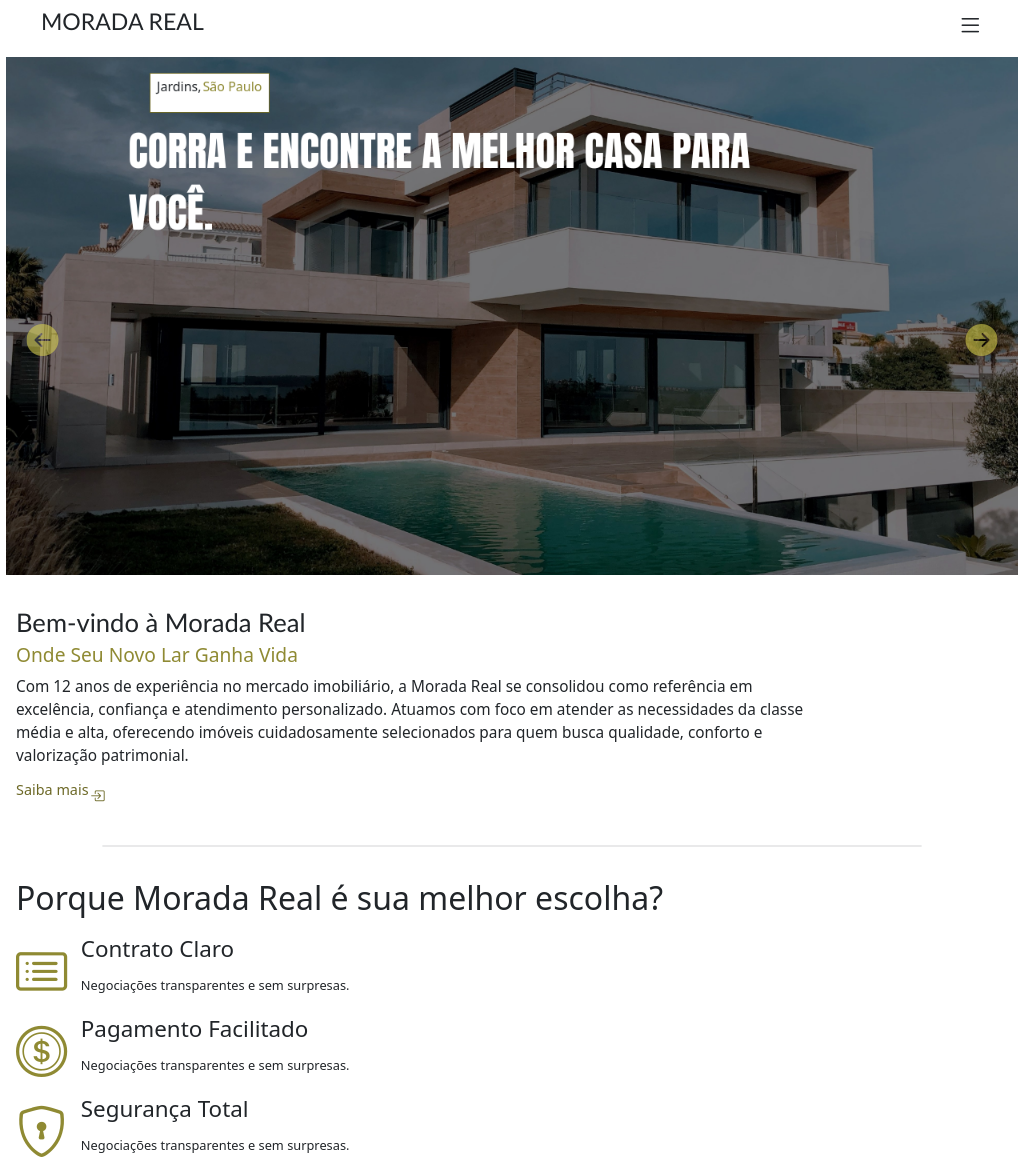
Repository: Mattyns/moradareal
Page: index.html
An editor plug-in stored every save of this project. The page is shown before and after the next save, followed by the edit.
The browser window is 1280 px wide. The pictures show the whole page, at 80% of full size.

Above is the page before, as saved 2025-07-13 17:53:51.

### index.html
<!DOCTYPE html>
<html lang="pt-br">
    <head>
        <meta charset="UTF-8" />
        <meta name="viewport" content="width=device-width, initial-scale=1.0" />
        <title>Morada Real</title>
        <link
            rel="stylesheet"
            href="https://cdnjs.cloudflare.com/ajax/libs/animate.css/4.1.1/animate.min.css"
        />
        <link
            href="https://cdn.jsdelivr.net/npm/bootstrap@5/dist/css/bootstrap.min.css"
            rel="stylesheet"
            integrity="sha384-QWTKZyjpPEjISv5WaRU9OFeRpok6YctnYmDr5pNlyT2bRjXh0JMhjY6hW+ALEwIH"
            crossorigin="anonymous"
        />
        <link
            rel="stylesheet"
            href="https://cdn.jsdelivr.net/npm/bootstrap-icons@1.11.3/font/bootstrap-icons.min.css"
        />
        <link rel="stylesheet" href="style/style.css" />
    </head>
    <body>
        <header class="header__container">

            <h1 class="logo__text">MORADA REAL</h1> <i class="bi-list menu__list"></i>
        </header>

        <main>
            <section class="contrast">

                <div class="contrast__container">
                    <div class="local local__sp">
                        <div class="local__text">
                            <p>Jardins,</p> <p class="local__text--contrast"> São Paulo</p>
                        </div>
                        <p class="text__message">CORRA E ENCONTRE A MELHOR CASA PARA VOCÊ.</p>
                    </div>
                    <div class="local local__rs">
                        <div class="local__text">
                            <p>Bela Vista,</p> <p class="local__text--contrast"> Rio Grande do Sul</p>
                        </div>
                        <p class="text__message">O LAR DOS SEUS SONHOS PODE ESTAR A UM CLIQUE DE DISTÂNCIA.</p>
                    </div>
                    <div class="local local__rj">
                        <div class="local__text">
                            <p>Leblon,</p> <p class="local__text--contrast"> Rio de Janeiro</p>
                        </div>
                        <p class="text__message">NÃO PERCA TEMPO! SUA NOVA HISTÓRIA COMEÇA AQUI.</p>
                    </div>

                </div>

                <i class="bi-arrow-left-circle-fill img__button" id="img__button--left"></i>
                <i class="bi-arrow-right-circle-fill img__button" id="img__button--right"></i>

            </section>
            <section class="present">
                <h1 class="present__title">Bem-vindo à Morada Real</h1>
                <h2 class="present__subtitle">Onde Seu Novo Lar Ganha Vida</h2>
                <p class="present__text">Com 12 anos de experiência no mercado imobiliário, a Morada Real se consolidou como referência em excelência, confiança e atendimento personalizado. Atuamos com foco em atender as necessidades da classe média e alta, oferecendo imóveis cuidadosamente selecionados para quem busca qualidade, conforto e valorização patrimonial.</p>
                <a href="#" class="button__link present__more"><p>Saiba mais</p> <i class="bi-box-arrow-in-right"></i></a>

            </section>

            <hr class="line--gray">

            <section class="services">
                <h1 class="services__title">
                    <h1>Porque Morada Real é sua melhor escolha?</h1>
                    <div class="service__container">
                        <div class="service__card service__contract">
                            <i class="service__icon bi-card-list"></i>
                            <h3 class="service__title">Contrato Claro</h3>
                            <p class="service__text">Negociações transparentes e sem surpresas.</p>
                        </div>

                        <div class="service__card service__Payment">
                            <i class="service__icon bi-coin"></i>
                            <h3 class="service__title">Pagamento Facilitado</h3>
                            <p class="service__text">Negociações transparentes e sem surpresas.</p>
                        </div>

                        <div class="service__card service__security">
                            <i class="service__icon bi-shield-lock"></i>
                            <h3 class="service__title">Segurança Total</h3>
                            <p class="service__text">Negociações transparentes e sem surpresas.</p>
                        </div>



                    </div>
                </h1>
            </section>


        </main>

        <script src="script/carousel.js"></script>
    </body>
</html>

### style/style.css
@charset "UTF-8";

:root {
    --preto:black;
    --branco:white;
    --cor1:#D3CC4C;
    --cor2:#B1AB40;
    --cor3:#DCD650;
    --cor4:#8F8A33;
    --cor5:#6D6927;
    --cor6:#4B481B;
    --cor7:#f0eca5;
    --cor8:white;

}

* {
    margin: 0px;
    padding: 0px;
    box-sizing: border-box;
}

.header__container {
    display: flex;
    height: 20%;
    width: 100%;
    background-color: var(--branco);
    align-items: center;
    padding-top: 10px;
    padding-bottom: 10px;
}

.logo__text {
    margin-left: 4%;
    font-size: 180%;
    font-family: 'Trebuchet MS', 'Lucida Sans Unicode', 'Lucida Grande', 'Lucida Sans', Arial, sans-serif;
}

.menu__list {
    font-size: 2em;
    position: absolute;
    right: 4%;
}

.contrast {
    height: 90vh;
    margin: 8px;

    overflow: hidden;
    max-width: 100%;
    position: relative;


}

.contrast__container {

    display: flex;
  transition: transform 0.3s ease;
  will-change: transform;
  touch-action: pan-y;
}

.local {
    height: 90vh;
    background-size: cover;
    background-position: right;
     flex: 0 0 100%;
    box-sizing: border-box;
    padding: 20px; /* opcional */
}

.local__sp {
    background-image: url(../img/webaliser.jpg);

}

.local__rs {
    background-image: url(../img/brian.jpg);

}

.local__rj {
    background-image: url(../img/zoe.jpg);

}

.local__text {
    display: flex;
    background-color: var(--branco);
    width: fit-content;
    padding: 4px 0px;
    padding-left: 8px;
    padding-right: 8px;
    top: 20%;
    margin-left:13%;
    border: 1px solid var(--cor5);

}

.local__text--contrast {
    color: var(--cor4);
    margin-left: 2px;
}

.text__message {
    top: 26%;
    width: 68%;
    margin-left: 10%;
    font-size:320%;
    font-family:Impact, Haettenschweiler, 'Arial Narrow Bold', sans-serif;
    color:var(--cor8) ;
    padding: 10px;
    border-radius: 10px;
}

.img__button {
    font-size: 2.5em;
    position:absolute;
    color: #dcd55090;
    transition: color 0.8s ease;

}

.img__button:hover {
    color: #DCD650;
    transition: color 0.8s ease;
}

.img__button.disabled {
  color: #ccc;  /* cinza claro */
  cursor: not-allowed;
  opacity: 0.6;
}

#img__button--left {
    left: 2%;
    top: 50%;
}

#img__button--right {
    right: 2%;
    top: 50%;
}


.present {
    margin: 0px 20px;
    margin-top: 40px;
}

.present__title {
    text-align: left;
    font-family: 'Trebuchet MS', 'Lucida Sans Unicode', 'Lucida Grande', 'Lucida Sans', Arial, sans-serif;
    font-size: 2em;

}

.present__subtitle {
    font-size: 1.5em;
    color: var(--cor4);

}

.present__text {
    width: 80%;
    font-size: 1.2em;
    margin-top: 10px;
    margin-bottom: 15px;
}

.button__link {
    text-decoration: none;
    color: white;
    font-size: 18px;

}

.present__more {
    color: var(--cor5);
    display: flex;
    align-items: center;

}

.present__more > p {
    margin-right: 2px;
}

.line--gray {
    width: 80%;
    margin: auto;
    margin-top: 40px;
}

.services {
    margin: 20px;
    margin-top: 40px;
}

.service__container {
    margin-top: 20px;

}

.service__card {
  display: grid;
  grid-template-columns: auto 1fr; /* coluna 1 para o ícone, coluna 2 para o conteúdo */
  grid-template-rows: auto auto;   /* duas linhas */
  gap: 2px; /* opcional: espaço entre elementos */
  align-items: center;


  height: 80px;
  margin: 20px auto;
}

.service__icon {
    grid-row: 1 / 3;   /* ocupa da linha 1 até antes da 3 (ou seja, 2 linhas) */
    grid-column: 1;    /* fica na coluna 1 */

    font-size: 4em;
    margin-right: 15px;
    color: var(--cor4);
}

.service__title {
  grid-row: 1;       /* linha 1 */
  grid-column: 2;    /* coluna 2 */
}

.service__text {
  grid-row: 2;       /* linha 2 */
  grid-column: 2;    /* coluna 2 */
  width: 80%;
}

### script/carousel.js
const container = document.querySelector('.contrast__container');
const slides = document.querySelectorAll('.local');

let isDragging = false;
let startPos = 0;
let currentTranslate = 0;
let prevTranslate = 0;
let animationID;
let currentIndex = 0;

slides.forEach((slide, index) => {
  slide.addEventListener('touchstart', touchStart(index));
  slide.addEventListener('touchend', touchEnd);
  slide.addEventListener('touchmove', touchMove);

  slide.addEventListener('mousedown', touchStart(index));
  slide.addEventListener('mouseup', touchEnd);
  slide.addEventListener('mouseleave', touchEnd);
  slide.addEventListener('mousemove', touchMove);
});

function touchStart(index) {
  return function (event) {
    currentIndex = index;
    startPos = getPositionX(event);
    isDragging = true;

    animationID = requestAnimationFrame(animation);
  };
}

function touchMove(event) {
  if (!isDragging) return;
  const currentPosition = getPositionX(event);
  currentTranslate = prevTranslate + currentPosition - startPos;
}

function touchEnd() {
  cancelAnimationFrame(animationID);
  isDragging = false;

  const movedBy = currentTranslate - prevTranslate;

  if (movedBy < -100 && currentIndex < slides.length - 1) currentIndex++;
  if (movedBy > 100 && currentIndex > 0) currentIndex--;

  setPositionByIndex();
}

function getPositionX(event) {
  return event.type.includes('mouse') ? event.pageX : event.touches[0].clientX;
}

function animation() {
  setSliderPosition();
  if (isDragging) requestAnimationFrame(animation);
}

function setSliderPosition() {
  container.style.transform = `translateX(${currentTranslate}px)`;
}

function setPositionByIndex() {
  currentTranslate = currentIndex * -container.offsetWidth;
  prevTranslate = currentTranslate;
  setSliderPosition();
  updateButtons();
}


const imgLeft = document.getElementById('img__button--left');
const imgRight = document.getElementById('img__button--right');

imgLeft.addEventListener('click', imgSlideLeft);
imgRight.addEventListener('click', imgSlideRight);


function imgSlideLeft() {
  if (currentIndex > 0) {
    currentIndex--;
    setPositionByIndex();
  }
}

function imgSlideRight() {
  if (currentIndex < slides.length - 1) {
    currentIndex++;
    setPositionByIndex();
  }
}

// Função para ativar/desativar os botões conforme o slide atual
function updateButtons() {
  if (currentIndex === 0) {
    imgLeft.classList.add('disabled');
  } else {
    imgLeft.classList.remove('disabled');
  }

  if (currentIndex === slides.length - 1) {
    imgRight.classList.add('disabled');
  } else {
    imgRight.classList.remove('disabled');
  }
}

After the next save:
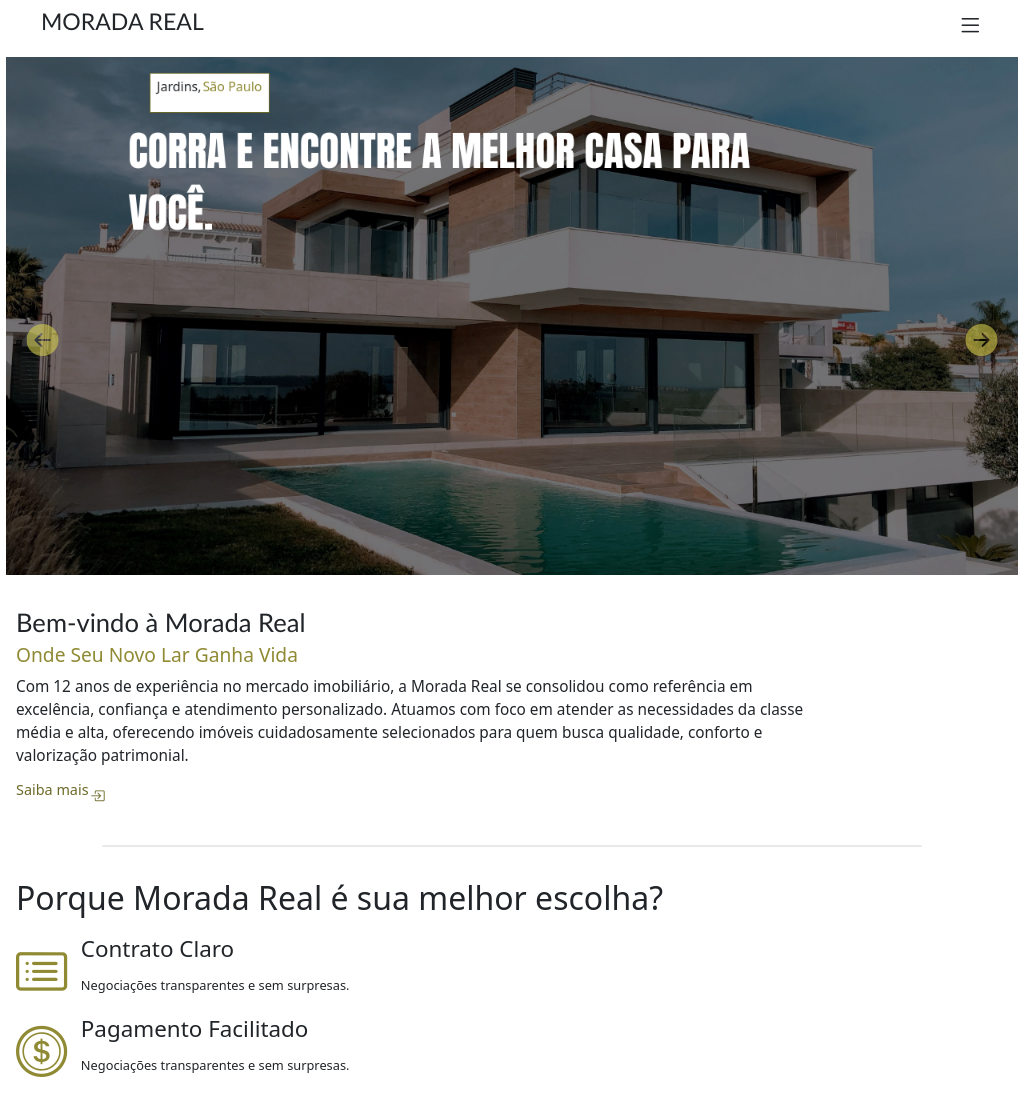
Saved 29 s later.
--- a/index.html
+++ b/index.html
@@ -81,11 +81,7 @@
                             <p class="service__text">Negociações transparentes e sem surpresas.</p>
                         </div>
 
-                        <div class="service__card service__security">
-                            <i class="service__icon bi-shield-lock"></i>
-                            <h3 class="service__title">Segurança Total</h3>
-                            <p class="service__text">Negociações transparentes e sem surpresas.</p>
-                        </div>
+
 
 
 
